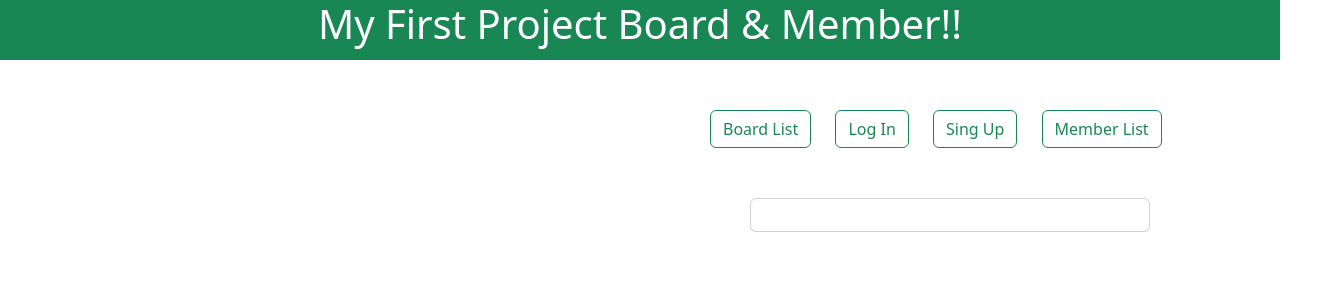
Repository: Raneechoi/java2022_09_03
Page: http://localhost/Project/mem/login_auth
These files come from the project's save history. The page is drawn as it stood at one moment and after the next save; the edit follows.
The browser window is 1280 px wide. The page is 1310 px wide, then 1320 px, so the pictures cover 1320 px, including what lies to the right of the window. The pictures show the whole page.
The page is served by Tomcat 9. Queries for data that is not in the repository find no rows.

Above is the page before, as saved 2022-12-08 06:17:35.

After the next save:
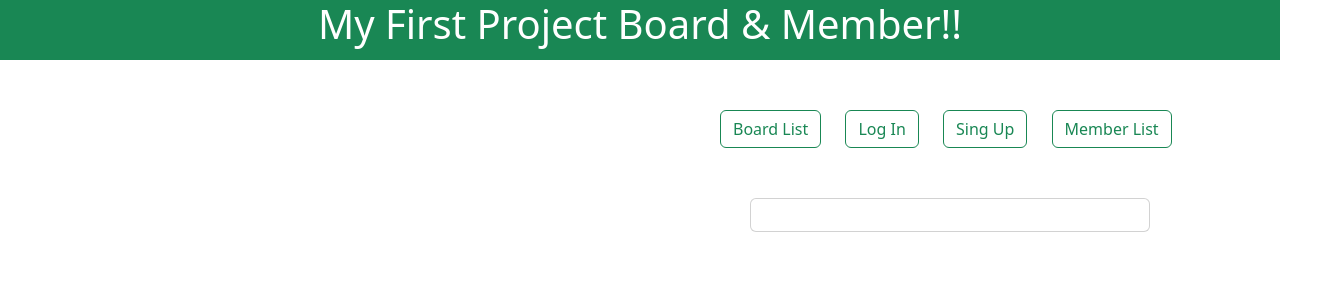
Saved 12 s later.
--- a/JSP_Board&Member/Project/src/main/webapp/index.jsp
+++ b/JSP_Board&Member/Project/src/main/webapp/index.jsp
@@ -16,7 +16,7 @@
 	<h1 style="text-align: center;">My First Project Board & Member!!</h1>
 </div>
 
-<div style="width: 600px; display:inline-block; margin-left: 710px; margin-top: 50px;">
+<div style="width: 600px; display:inline-block; margin-left: 720px; margin-top: 50px;">
 		<a href="/bor/pageList" style="margin-right: 20px"><button class="btn btn-outline-success">Board List</button></a>
 		<a href="/mem/login" style="margin-right: 20px"><button class="btn btn-outline-success">Log In</button></a>
 		<a href="/mem/join" style="margin-right: 20px"><button class="btn btn-outline-success">Sing Up</button></a>
